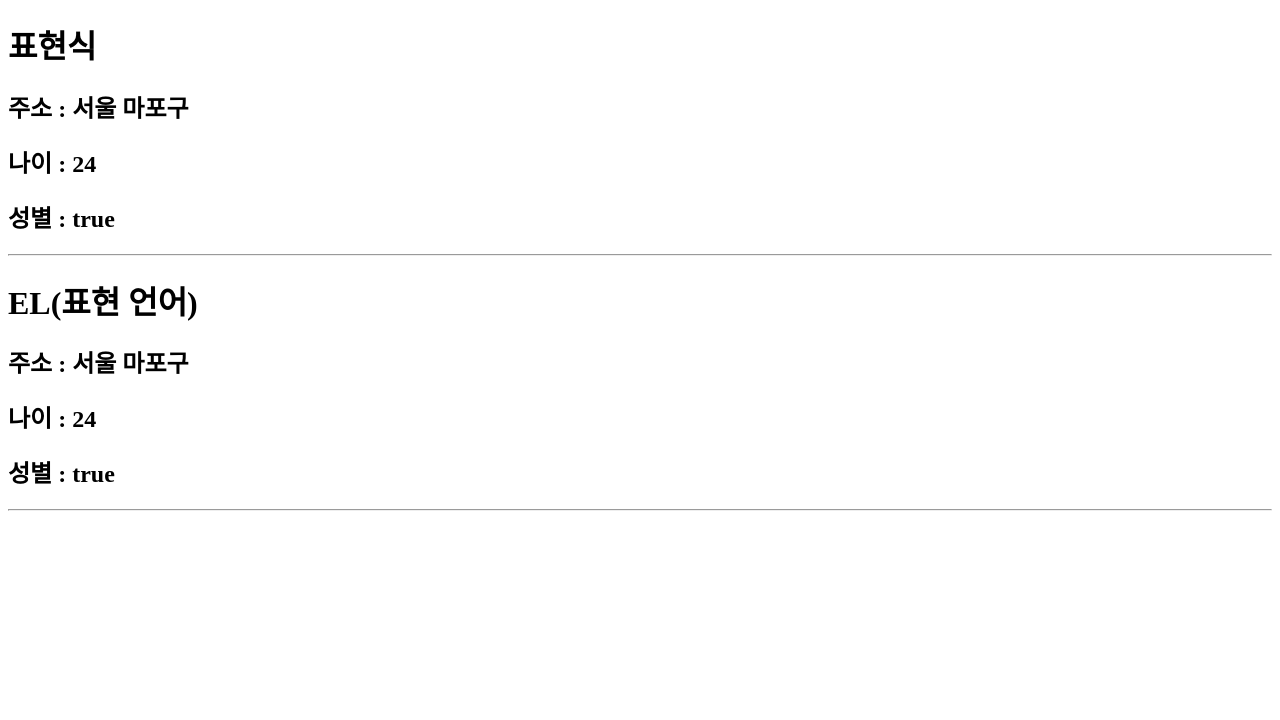
Repository: wjsjsn/23_jspstudy
Page: http://localhost/02_jsp/view/ex08_pageContext.jsp
The author's editor kept a copy of each file at every save. The page is drawn from the files as they stood at one save, then again after the next save.
The browser window is 1280 px wide. The pictures show the whole page.
The page is served by Tomcat 9.

Above is the page before, as saved 2023-07-05 01:57:30.

After the next save:
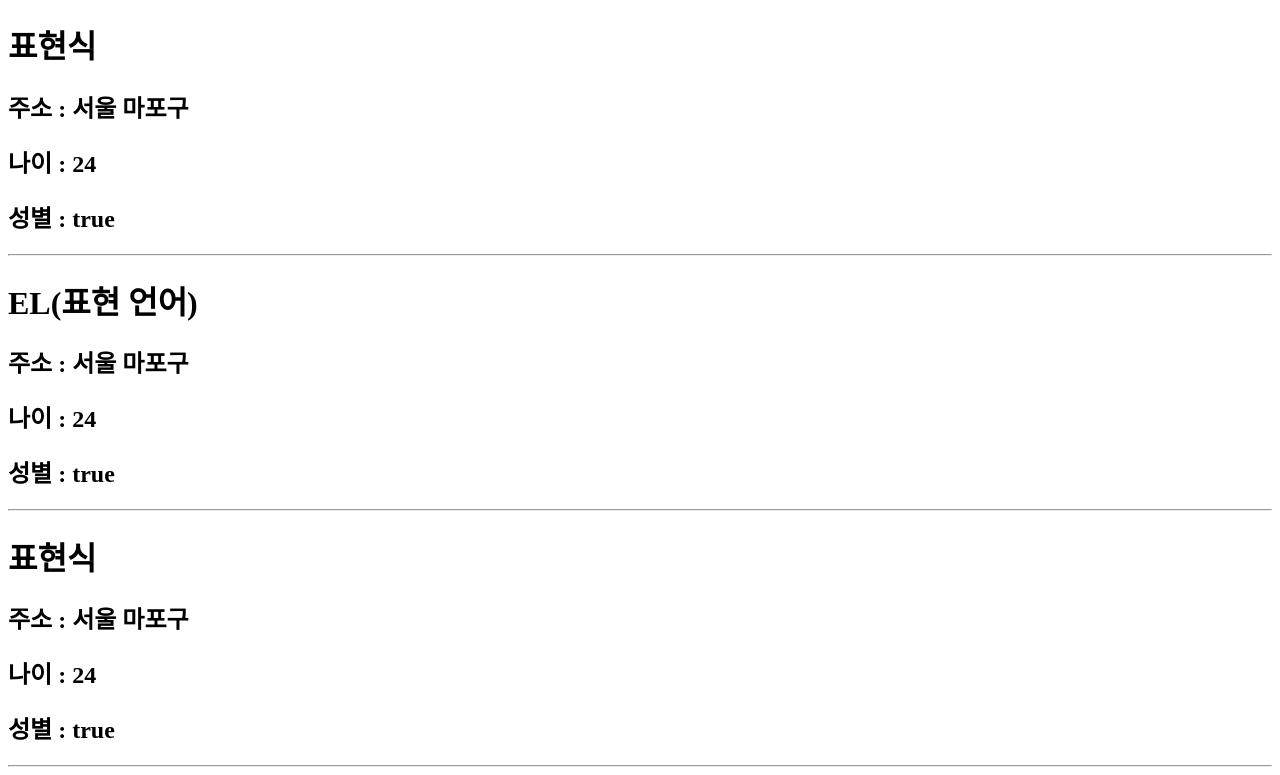
Saved 3 min 56 s later.
--- a/02_jsp/src/main/webapp/view/ex08_pageContext.jsp
+++ b/02_jsp/src/main/webapp/view/ex08_pageContext.jsp
@@ -1,5 +1,5 @@
 <%@ page language="java" contentType="text/html; charset=UTF-8"
-    pageEncoding="UTF-8"%>
+	pageEncoding="UTF-8"%>
 <!DOCTYPE html>
 <html>
 <head>
@@ -37,22 +37,47 @@
 
 	     	   ** 속성을 이용해 저장된 데이터는 EL(표현 언어 = ${ 이름 })을 사용할 수 있음
 	 --%>
-	 <%
-	 	// 데이터 저장
-	 	pageContext.setAttribute("addr", "서울 마포구");
-	 	pageContext.setAttribute("age", 24);
-	 	pageContext.setAttribute("gender", true);
-	 %>
-	 <h1>표현식</h1>
-	 <h2>주소 : <%=pageContext.getAttribute("addr") %></h2>
-	 <h2>나이 : <%=pageContext.getAttribute("age") %></h2>
-	 <h2>성별 : <%=pageContext.getAttribute("gender") %></h2>
-	 <hr>
+	<%
+	// 데이터 저장
+	pageContext.setAttribute("addr", "서울 마포구");
+	pageContext.setAttribute("age", 24);
+	pageContext.setAttribute("gender", true);
+	%>
+	<h1>표현식</h1>
+	<h2>
+		주소 :
+		<%=pageContext.getAttribute("addr")%></h2>
+	<h2>
+		나이 :
+		<%=pageContext.getAttribute("age")%></h2>
+	<h2>
+		성별 :
+		<%=pageContext.getAttribute("gender")%></h2>
+	<hr>
 
 	<h1>EL(표현 언어)</h1>
-	 <h2>주소 : ${addr}</h2>
-	 <h2>나이 : ${age}</h2>
-	 <h2>성별 : ${gender}</h2>
-	 <hr>
+	<h2>주소 : ${addr}</h2>
+	<h2>나이 : ${age}</h2>
+	<h2>성별 : ${gender}</h2>
+	<hr>
+
+	<%
+	// 4가지 스코프를 이용해서 저장(같은 이름)
+	pageContext.setAttribute("name", "홍길동");
+	request.setAttribute("name", "둘리");
+	session.setAttribute("name", "희동이");
+	application.setAttribute("name", "공실이");
+	%>
+	<h1>표현식</h1>
+	<h2>
+		주소 :
+		<%=pageContext.getAttribute("addr")%></h2>
+	<h2>
+		나이 :
+		<%=pageContext.getAttribute("age")%></h2>
+	<h2>
+		성별 :
+		<%=pageContext.getAttribute("gender")%></h2>
+	<hr>
 </body>
 </html>
